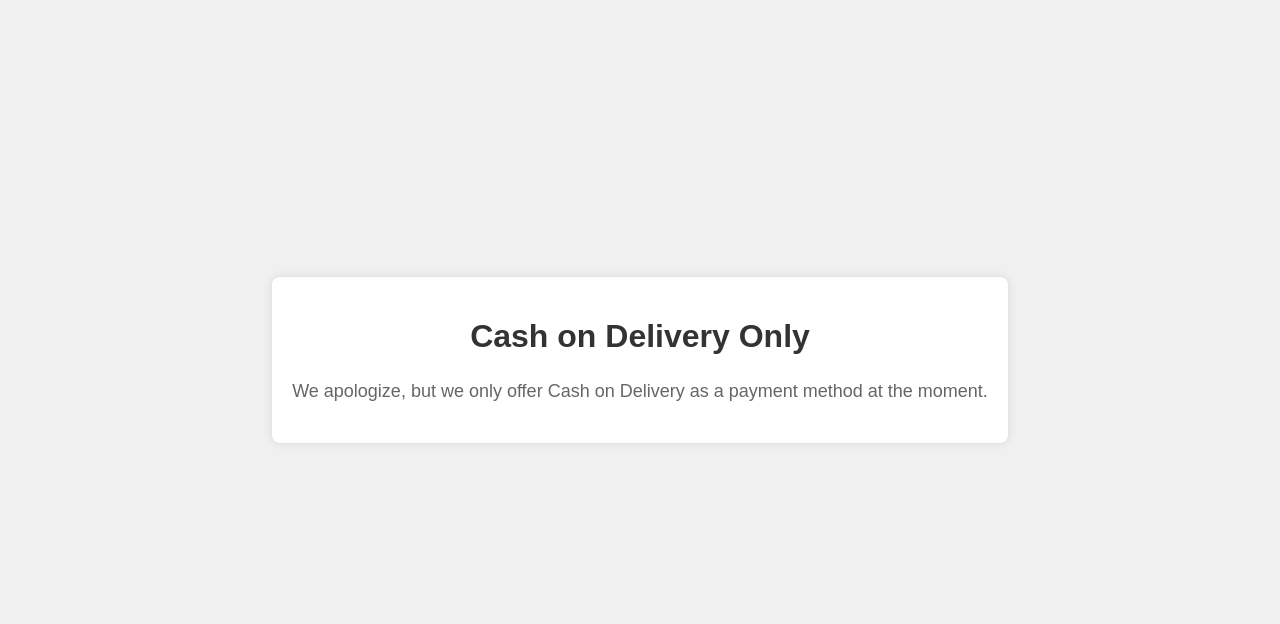
Repository: sagarhomie/Shrestha-Instrument-
Page: http://localhost/Ecommerce/epay.jsp
An editor plug-in stored every save of this project. The page is shown before and after the next save, followed by the edit.
The browser window is 1280 px wide. The pictures show the whole page.
The page is served by Tomcat 9.

Above is the page before, as saved 2024-05-25 04:06:25.

After the next save:
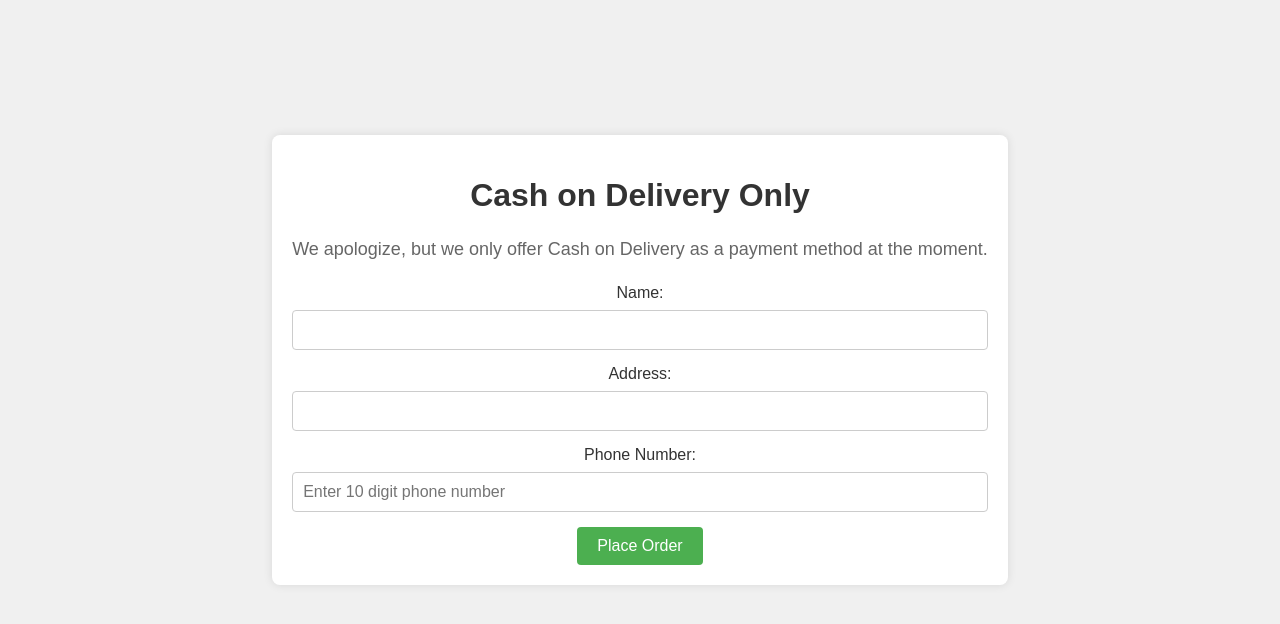
Saved 116 s later.
--- a/Ecommerce/WebContent/epay.jsp
+++ b/Ecommerce/WebContent/epay.jsp
@@ -32,12 +32,57 @@
         font-size: 18px;
         line-height: 1.6;
     }
+    form {
+        margin-top: 20px;
+        display: flex;
+        flex-direction: column;
+        align-items: center;
+    }
+    label {
+        margin-bottom: 8px;
+        font-size: 16px;
+        color: #333333;
+    }
+    input[type="text"], input[type="tel"] {
+        width: 100%;
+        padding: 10px;
+        margin-bottom: 15px;
+        border: 1px solid #cccccc;
+        border-radius: 4px;
+        box-sizing: border-box;
+        font-size: 16px;
+    }
+    button {
+        padding: 10px 20px;
+        background-color: #4CAF50;
+        color: white;
+        border: none;
+        border-radius: 4px;
+        cursor: pointer;
+        font-size: 16px;
+    }
+    button:hover {
+        background-color: #45a049;
+    }
 </style>
 </head>
 <body>
     <div class="container">
         <h1>Cash on Delivery Only</h1>
         <p>We apologize, but we only offer Cash on Delivery as a payment method at the moment.</p>
+
+        <form>
+            <label for="name">Name:</label>
+            <input type="text" id="name" name="name" required>
+
+            <label for="address">Address:</label>
+            <input type="text" id="address" name="address" required>
+
+            <label for="phone">Phone Number:</label>
+            <input type="tel" id="phone" name="phone" pattern="[0-9]{10}" placeholder="Enter 10 digit phone number" required>
+
+            <button type="submit">Place Order</button>
+        </form>
     </div>
 </body>
 </html>
